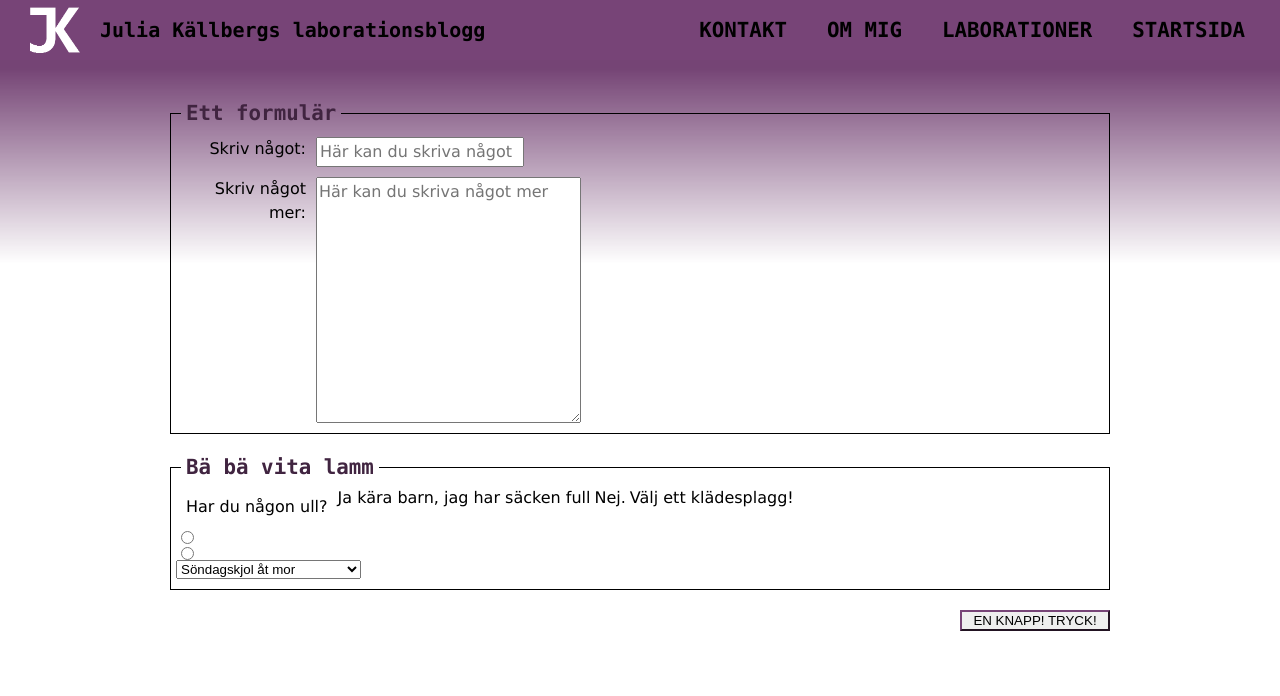
Repository: jk222rp/1ik415-laborationer-2014
Page: pages/kontakt.html
The author's editor kept a record of every edit. The page is drawn from the files as they stood at one moment, then again after the next edit.
The browser window is 1280 px wide. The pictures show the whole page.

Above is the page before.

After the next edit:
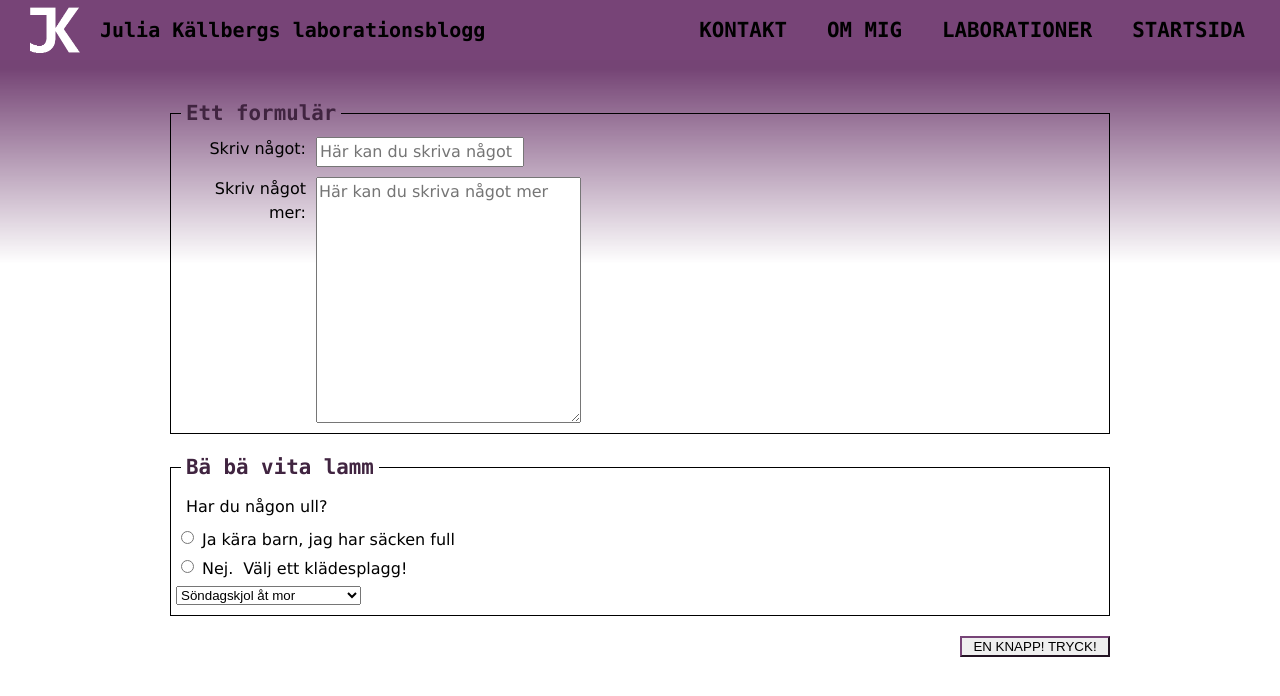
The edit:
--- a/pages/kontakt.html
+++ b/pages/kontakt.html
@@ -39,7 +39,7 @@
                     </fieldset>
 
     <!--Form second part-->
-                    <fieldset>
+                    <fieldset id="form2">
                         <legend>Bä bä vita lamm</legend>
 
                         <p>Har du någon ull?</p>
